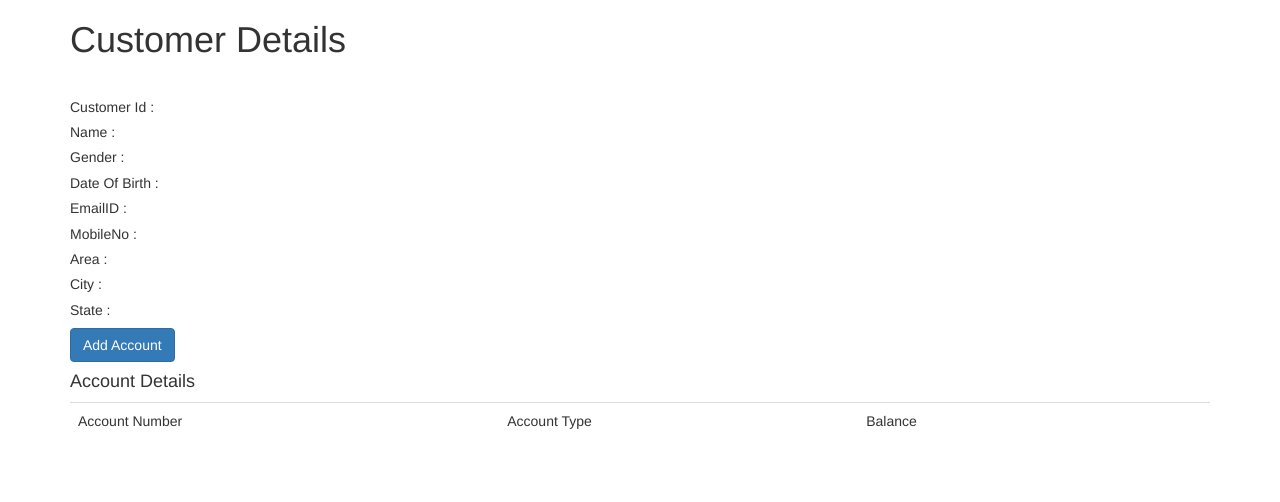
Repository: Shubham-Gawade/SpringHibernateTraining
Page: http://localhost/xorbankonline/WEB-INF/pages/showcustomer.jsp
The author's editor kept a copy of each file at every save. The page is drawn from the files as they stood at one save, then again after the next save.
The browser window is 1280 px wide. The pictures show the whole page.
The page is served by Tomcat 9. Nobody is signed in. The template is opened directly, without the code that normally fills it, so the values that code supplies are empty.

Above is the page before, as saved 2021-10-07 06:26:01.

After the next save:
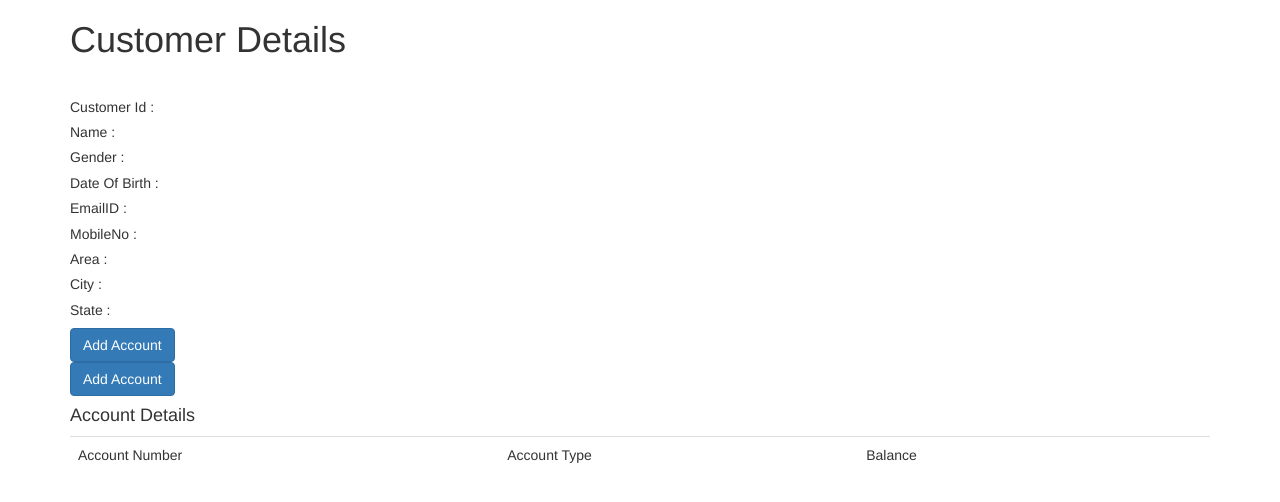
Saved 10 min 22 s later.
--- a/xorbankonline/src/main/webapp/WEB-INF/pages/showcustomer.jsp
+++ b/xorbankonline/src/main/webapp/WEB-INF/pages/showcustomer.jsp
@@ -30,6 +30,8 @@
 
 	<a href="addAccount/${customer.personId}"><button class="btn btn-primary">Add Account</button></a>
 	<br>
+	<a href="addAccount/${customer.personId}"><button class="btn btn-primary">Add Account</button></a>
+	<br>
 	<h4>Account Details</h4>
 	<table class="table">
 		<tr>
